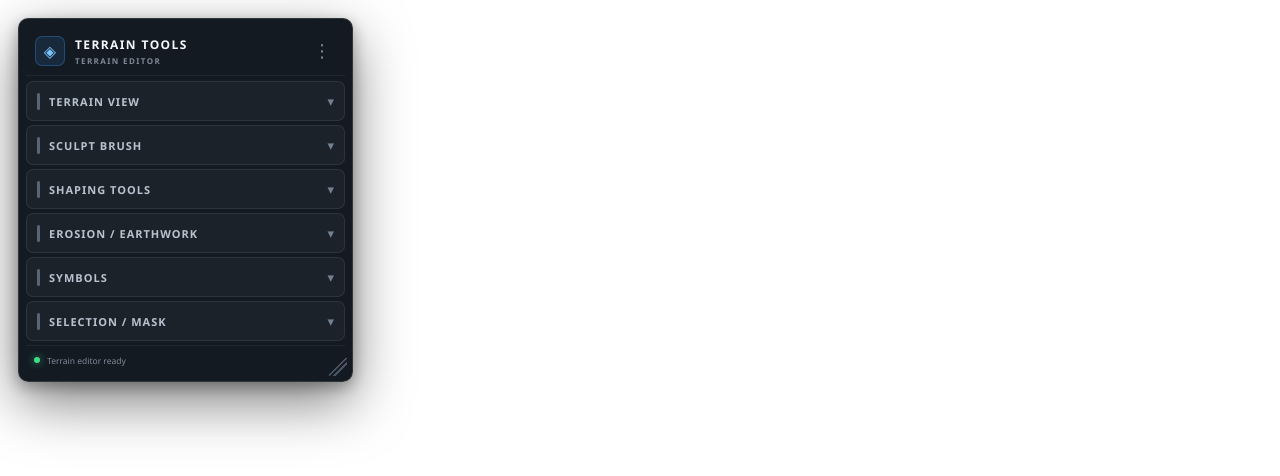
Repository: Harsimar8/tool
Page: index.html
The author's editor kept a copy of each file at every save. The page is drawn from the files as they stood at one save, then again after the next save.
The browser window is 1280 px wide. The pictures show the whole page.

Above is the page before, as saved 2026-08-17 18:00:52.

### index.html
<!DOCTYPE html>
<html lang="en">

<head>
    <meta charset="UTF-8">
    <meta name="viewport" content="width=device-width, initial-scale=1.0">
    <title>Terrain Tools</title>
    <link rel="stylesheet" href="style.css">
</head>

<body>

<aside class="terrain-panel">

    <!-- HEADER -->
    <div class="panel-header">

        <div class="panel-brand">

            <div class="brand-mark">◈</div>

            <div class="brand-text">
                <div class="panel-title">TERRAIN TOOLS</div>
                <div class="panel-subtitle">TERRAIN EDITOR</div>
            </div>

        </div>

        <button class="panel-menu" title="Terrain tools menu">
            ⋮
        </button>

    </div>


    <!-- =====================================================
         TERRAIN VIEW
    ====================================================== -->

    <section class="control-section">

        <div class="section-title" onclick="toggleSection(this)">

            <div class="section-title-left">
                <span class="section-indicator"></span>
                <span class="section-name">TERRAIN VIEW</span>
            </div>

            <span class="arrow">▾</span>

        </div>


        <div class="section-content">

            <div class="button-grid">

                <button
                    class="tool-button"
                    onclick="selectOption(this, 'Terrain Exaggeration')"
                >
                    <span class="button-main">Exaggerate</span>
                    <span class="button-value">1.0×</span>
                </button>

                <button
                    class="tool-button"
                    onclick="selectOption(this, 'Elevation Colours')"
                >
                    Elevation colours
                </button>

                <button
                    class="tool-button"
                    onclick="selectOption(this, 'Slope Shading')"
                >
                    Slope shading
                </button>

                <button
                    class="tool-button"
                    onclick="selectOption(this, 'Contours')"
                >
                    Contours
                </button>

                <button
                    class="tool-button wide"
                    onclick="selectOption(this, 'Water Level')"
                >
                    Water level
                </button>

            </div>

        </div>

    </section>


    <!-- =====================================================
         SCULPT BRUSH
    ====================================================== -->

    <section class="control-section">

        <div class="section-title" onclick="toggleSection(this)">

            <div class="section-title-left">
                <span class="section-indicator"></span>
                <span class="section-name">SCULPT BRUSH</span>
            </div>

            <span class="arrow">▾</span>

        </div>


        <div class="section-content">

            <div class="tool-mode-grid">

                <button
                    class="mode-button"
                    onclick="selectBrushMode(this)"
                >
                    <span class="mode-icon">◇</span>
                    <span>Modify terrain</span>
                </button>

                <button
                    class="mode-button selected"
                    onclick="selectBrushMode(this)"
                >
                    <span class="mode-icon">▲</span>
                    <span>Brush: RAISE</span>
                </button>

            </div>


            <!-- RADIUS -->

            <div class="value-control">

                <div class="value-info">
                    <span class="value-label">Radius</span>
                    <span class="value-number" id="radiusValue">
                        1500 m
                    </span>
                </div>

                <div class="mini-stepper">

                    <button onclick="changeRadius(-100)">−</button>
                    <button onclick="changeRadius(100)">+</button>

                </div>

            </div>


            <!-- POWER -->

            <div class="value-control">

                <div class="value-info">
                    <span class="value-label">Power</span>
                    <span class="value-number" id="powerValue">
                        2.0 m
                    </span>
                </div>

                <div class="mini-stepper">

                    <button onclick="changePower(-0.5)">−</button>
                    <button onclick="changePower(0.5)">+</button>

                </div>

            </div>


            <!-- MAX HEIGHT -->

            <div class="value-control">

                <div class="value-info">
                    <span class="value-label">Max height</span>
                    <span class="value-number" id="maxHeightValue">
                        499 m
                    </span>
                </div>

                <div class="mini-stepper">

                    <button onclick="changeMaxHeight(-1)">−</button>
                    <button onclick="changeMaxHeight(1)">+</button>

                </div>

            </div>


            <div class="control-divider"></div>


            <div class="button-grid">

                <button
                    class="tool-button"
                    onclick="performAction('Undo')"
                >
                    <span class="action-icon">↶</span>
                    Undo
                </button>

                <button
                    class="tool-button"
                    onclick="performAction('Redo')"
                >
                    <span class="action-icon">↷</span>
                    Redo
                </button>

            </div>


            <button
                class="reset-button"
                onclick="performAction('Reset')"
            >
                ↻ Reset terrain
            </button>

        </div>

    </section>


    <!-- =====================================================
         SHAPING TOOLS
    ====================================================== -->

    <section class="control-section">

        <div class="section-title" onclick="toggleSection(this)">

            <div class="section-title-left">
                <span class="section-indicator"></span>
                <span class="section-name">SHAPING TOOLS</span>
            </div>

            <span class="arrow">▾</span>

        </div>


        <div class="section-content">

            <div class="button-grid">

                <button
                    class="tool-button"
                    onclick="selectOption(this, 'Grade Path: ROAD')"
                >
                    <span class="button-icon">╱</span>
                    Grade path: ROAD
                </button>

                <button
                    class="tool-button"
                    onclick="selectOption(this, 'Grade Flatten')"
                >
                    <span class="button-icon">━</span>
                    Grade flatten
                </button>

            </div>


            <!-- PATH WIDTH -->

            <div class="field-control">

                <label>
                    PATH WIDTH <span>(m)</span>
                </label>

                <div class="field-row">

                    <input
                        type="number"
                        id="pathWidth"
                        value="500"
                    >

                    <button onclick="changeInput('pathWidth', -10)">
                        −
                    </button>

                    <button onclick="changeInput('pathWidth', 10)">
                        +
                    </button>

                </div>

            </div>


            <!-- DIG DEPTH -->

            <div class="field-control">

                <label>
                    DIG DEPTH <span>(m, +down)</span>
                </label>

                <div class="field-row">

                    <input
                        type="number"
                        id="digDepth"
                        value="0"
                    >

                    <button onclick="changeInput('digDepth', -1)">
                        −
                    </button>

                    <button onclick="changeInput('digDepth', 1)">
                        +
                    </button>

                </div>

            </div>


            <div class="control-divider"></div>


            <div class="button-grid">

                <button
                    class="tool-button"
                    onclick="selectOption(this, 'Stamp: DOME')"
                >
                    Stamp: DOME
                </button>

                <button
                    class="tool-button"
                    onclick="selectOption(this, 'Cross-section')"
                >
                    Cross-section
                </button>

                <button
                    class="tool-button"
                    onclick="selectOption(this, 'Region Offset')"
                >
                    Region offset
                </button>

                <button
                    class="tool-button"
                    onclick="selectOption(this, 'Region Up')"
                >
                    Rgn up
                </button>

                <button
                    class="tool-button"
                    onclick="selectOption(this, 'Region Down')"
                >
                    Rgn dn
                </button>

            </div>

        </div>

    </section>


    <!-- =====================================================
         EROSION / EARTHWORK
    ====================================================== -->

    <section class="control-section">

        <div class="section-title" onclick="toggleSection(this)">

            <div class="section-title-left">
                <span class="section-indicator"></span>
                <span class="section-name">EROSION / EARTHWORK</span>
            </div>

            <span class="arrow">▾</span>

        </div>


        <div class="section-content">

            <div class="button-grid">

                <button
                    class="tool-button"
                    onclick="selectOption(this, 'Erode: Water')"
                >
                    Erode (water)
                </button>

                <button
                    class="tool-button"
                    onclick="selectOption(this, 'Talus')"
                >
                    Talus
                </button>

                <button
                    class="tool-button wide"
                    onclick="selectOption(this, 'Balance Cut / Fill')"
                >
                    Balance cut/fill
                </button>

            </div>

        </div>

    </section>


    <!-- =====================================================
         SYMBOLS
    ====================================================== -->

    <section class="control-section">

        <div class="section-title" onclick="toggleSection(this)">

            <div class="section-title-left">
                <span class="section-indicator"></span>
                <span class="section-name">SYMBOLS</span>
            </div>

            <span class="arrow">▾</span>

        </div>


        <div class="section-content">

            <div class="symbol-grid">

                <button
                    class="symbol-button"
                    onclick="selectSymbol(this, 'Radar')"
                >
                    <img src="symbols/radar.svg" alt="Radar">
                    <span>Radar</span>
                </button>


                <button
                    class="symbol-button"
                    onclick="selectSymbol(this, 'Missile')"
                >
                    <img src="symbols/missile.svg" alt="Missile">
                    <span>Missile</span>
                </button>


                <button
                    class="symbol-button"
                    onclick="selectSymbol(this, 'Tank')"
                >
                    <img src="symbols/tank.svg" alt="Tank">
                    <span>Tank</span>
                </button>


                <button
                    class="symbol-button"
                    onclick="selectSymbol(this, 'Target')"
                >
                    <img src="symbols/target.svg" alt="Target">
                    <span>Target</span>
                </button>


                <button
                    class="symbol-button"
                    onclick="selectSymbol(this, 'Rocket')"
                >
                    <img src="symbols/rocket.svg" alt="Rocket">
                    <span>Rocket</span>
                </button>

            </div>

        </div>

    </section>


    <!-- =====================================================
         SELECTION / MASK
    ====================================================== -->

    <section class="control-section">

        <div class="section-title" onclick="toggleSection(this)">

            <div class="section-title-left">
                <span class="section-indicator"></span>
                <span class="section-name">SELECTION / MASK</span>
            </div>

            <span class="arrow">▾</span>

        </div>


        <div class="section-content">

            <div class="button-grid">

                <button
                    class="tool-button"
                    onclick="selectOption(this, 'Polygon Select')"
                >
                    Polygon select
                </button>

                <button
                    class="tool-button"
                    id="maskButton"
                    onclick="toggleMask(event)"
                >
                    Mask: OFF
                </button>

            </div>

        </div>

    </section>


    <!-- STATUS -->

    <div class="panel-status">

        <span class="status-dot"></span>

        <span id="statusText">
            Terrain editor ready
        </span>

    </div>

</aside>


<!-- CENTER NOTIFICATION -->

<div id="toolNotification" class="tool-notification">
    <span class="notification-icon">✓</span>

    <div>
        <div id="notificationText">Elevation Colours</div>
        <small>TOOL SELECTED</small>
    </div>
</div>


<script src="script.js"></script>

</body>
</html>

Loaded but not shown: script.js (341 lines, source omitted); style.css (659 lines, source omitted)

After the next save:
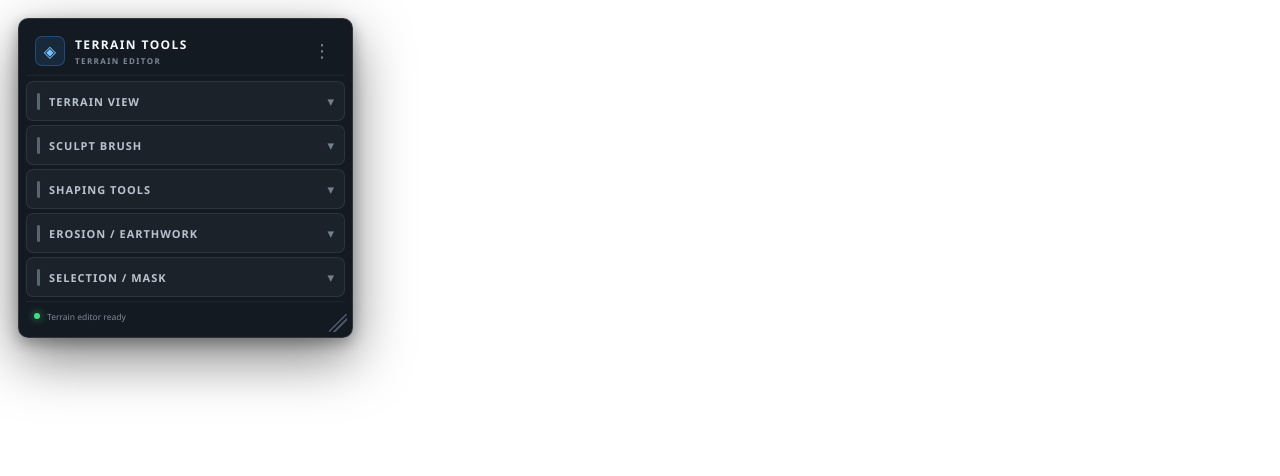
Saved 17 h 7 min later.
--- a/index.html
+++ b/index.html
@@ -129,7 +129,7 @@
                 </button>
 
                 <button
-                    class="mode-button selected"
+                    class="mode-button"
                     onclick="selectBrushMode(this)"
                 >
                     <span class="mode-icon">▲</span>
@@ -438,73 +438,7 @@
          SYMBOLS
     ====================================================== -->
 
-    <section class="control-section">
-
-        <div class="section-title" onclick="toggleSection(this)">
-
-            <div class="section-title-left">
-                <span class="section-indicator"></span>
-                <span class="section-name">SYMBOLS</span>
-            </div>
-
-            <span class="arrow">▾</span>
-
-        </div>
-
-
-        <div class="section-content">
-
-            <div class="symbol-grid">
-
-                <button
-                    class="symbol-button"
-                    onclick="selectSymbol(this, 'Radar')"
-                >
-                    <img src="symbols/radar.svg" alt="Radar">
-                    <span>Radar</span>
-                </button>
-
-
-                <button
-                    class="symbol-button"
-                    onclick="selectSymbol(this, 'Missile')"
-                >
-                    <img src="symbols/missile.svg" alt="Missile">
-                    <span>Missile</span>
-                </button>
-
-
-                <button
-                    class="symbol-button"
-                    onclick="selectSymbol(this, 'Tank')"
-                >
-                    <img src="symbols/tank.svg" alt="Tank">
-                    <span>Tank</span>
-                </button>
-
-
-                <button
-                    class="symbol-button"
-                    onclick="selectSymbol(this, 'Target')"
-                >
-                    <img src="symbols/target.svg" alt="Target">
-                    <span>Target</span>
-                </button>
-
-
-                <button
-                    class="symbol-button"
-                    onclick="selectSymbol(this, 'Rocket')"
-                >
-                    <img src="symbols/rocket.svg" alt="Rocket">
-                    <span>Rocket</span>
-                </button>
-
-            </div>
-
-        </div>
-
-    </section>
+
 
 
     <!-- =====================================================
